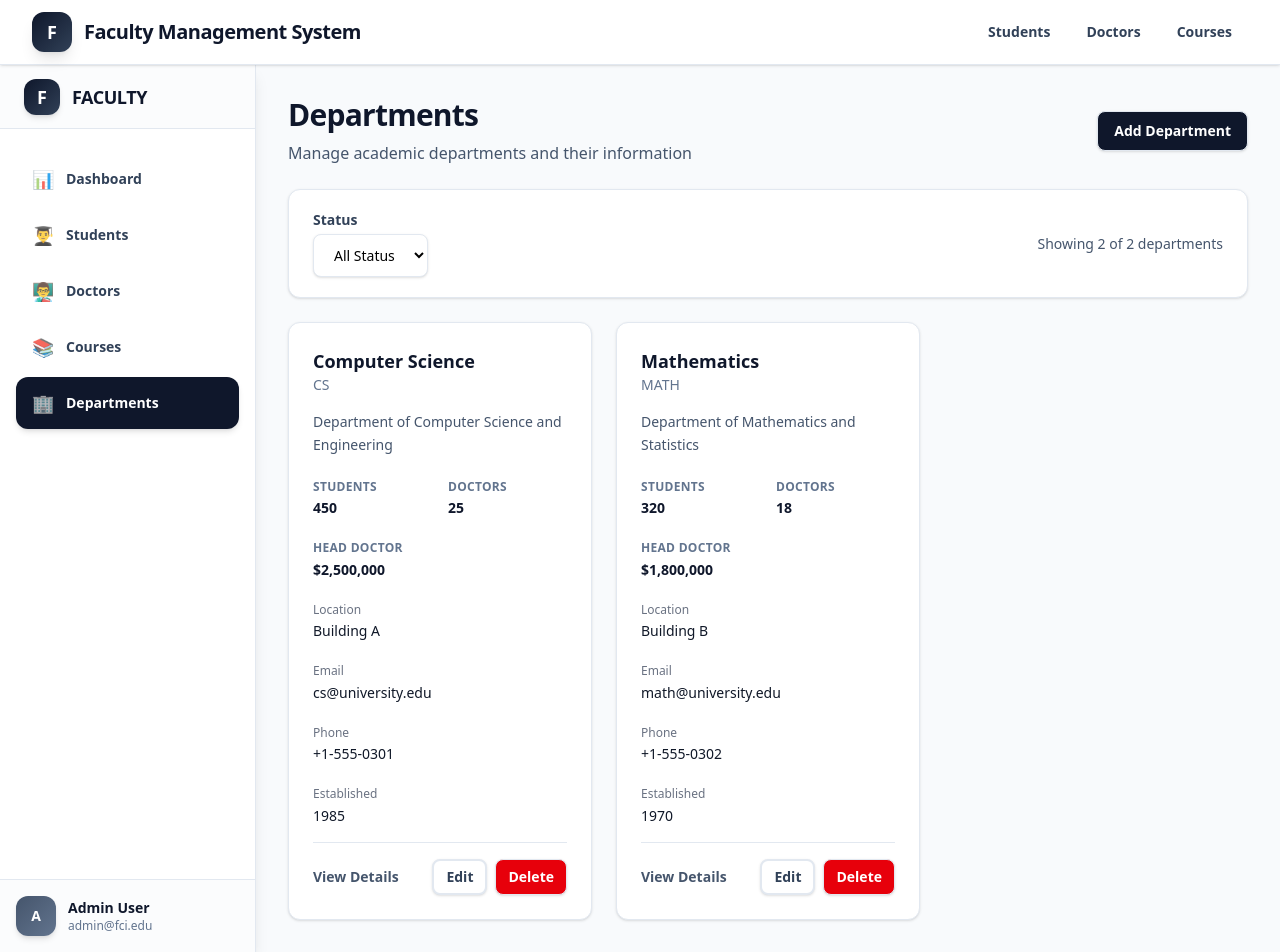
Repository: Mohamedmohsen179/Advanced-DB-Task
Page: /departments (app in frontend/)
The author's editor kept a copy of each file at every save. The page is drawn from the files as they stood at one save, then again after the next save.
The browser window is 1280 px wide. The pictures show the whole page.
The page's requests for data from a server got no answer. The project was rebuilt for these pictures with package versions that can differ from the ones it lists, and the page was loaded fresh each time. The framework's server and built-in components were replaced by stand-ins that run in the browser. No one was signed in, and anything a server would have sent is missing. Also part of the build but not shown: frontend/next.config.ts.

Above is the page before, as saved 2025-11-29 00:55:10.

### frontend/app/layout.tsx
import type { Metadata } from "next";
import { Geist, Geist_Mono } from "next/font/google";
import "./globals.css";
import MainLayout from "../components/layout/MainLayout";

const geistSans = Geist({
  variable: "--font-geist-sans",
  subsets: ["latin"],
});

const geistMono = Geist_Mono({
  variable: "--font-geist-mono",
  subsets: ["latin"],
});

export const metadata: Metadata = {
  title: "University Management System",
  description: "A comprehensive university management system built with Next.js and TypeScript",
};

export default function RootLayout({
  children,
}: Readonly<{
  children: React.ReactNode;
}>) {
  return (
    <html lang="en">
      <body
        className={`${geistSans.variable} ${geistMono.variable} antialiased`}
      >
        <MainLayout>{children}</MainLayout>
      </body>
    </html>
  );
}

### frontend/app/departments/page.tsx
import DepartmentsContainer from '../../containers/DepartmentsContainer';

export default function DepartmentsPage() {
  return <DepartmentsContainer />;
}

### frontend/app/globals.css
@import "tailwindcss";

:root {
  --background: #fafafa;
  --foreground: #0f172a;
  --primary: #2563eb;
  --primary-foreground: #ffffff;
  --secondary: #f1f5f9;
  --secondary-foreground: #334155;
  --muted: #f8fafc;
  --muted-foreground: #64748b;
  --accent: #f1f5f9;
  --accent-foreground: #0f172a;
  --border: #e2e8f0;
  --input: #ffffff;
  --ring: #2563eb;
  --radius: 0.5rem;
}

@theme inline {
  --color-background: var(--background);
  --color-foreground: var(--foreground);
  --font-sans: var(--font-geist-sans);
  --font-mono: var(--font-geist-mono);
}

@media (prefers-color-scheme: dark) {
  :root {
    --background: #020617;
    --foreground: #f8fafc;
    --primary: #3b82f6;
    --primary-foreground: #f8fafc;
    --secondary: #1e293b;
    --secondary-foreground: #f8fafc;
    --muted: #1e293b;
    --muted-foreground: #94a3b8;
    --accent: #1e293b;
    --accent-foreground: #f8fafc;
    --border: #334155;
    --input: #1e293b;
    --ring: #3b82f6;
  }
}

* {
  border-color: var(--border);
}

body {
  background: var(--background);
  color: var(--foreground);
  font-family: var(--font-sans), system-ui, -apple-system, sans-serif;
  line-height: 1.6;
  -webkit-font-smoothing: antialiased;
  -moz-osx-font-smoothing: grayscale;
}

::-webkit-scrollbar {
  width: 8px;
  height: 8px;
}

::-webkit-scrollbar-track {
  background: var(--muted);
}

::-webkit-scrollbar-thumb {
  background: var(--muted-foreground);
  border-radius: 4px;
}

::-webkit-scrollbar-thumb:hover {
  background: var(--foreground);
}

/* Focus styles */
.focus-visible {
  outline: 2px solid var(--ring);
  outline-offset: 2px;
}

/* Professional shadows */
.shadow-professional {
  box-shadow: 0 1px 3px 0 rgb(0 0 0 / 0.1), 0 1px 2px -1px rgb(0 0 0 / 0.1);
}

.shadow-professional-lg {
  box-shadow: 0 10px 15px -3px rgb(0 0 0 / 0.1), 0 4px 6px -4px rgb(0 0 0 / 0.1);
}

### frontend/components/layout/MainLayout.tsx
'use client';

import { useState } from 'react';
import Navbar from './Navbar';
import Sidebar from './Sidebar';

interface MainLayoutProps {
  children: React.ReactNode;
}

export default function MainLayout({ children }: MainLayoutProps) {
  const [sidebarOpen, setSidebarOpen] = useState(false);

  return (
    <div className="min-h-screen bg-slate-50">
      <Navbar />

      <div className="flex">
        <Sidebar
          isOpen={sidebarOpen}
          onClose={() => setSidebarOpen(false)}
        />

        <div className="flex-1 lg:ml-0">
          <div className="lg:hidden">
            <button
              onClick={() => setSidebarOpen(true)}
              className="fixed top-20 left-4 z-10 bg-white p-3 rounded-xl shadow-professional border border-slate-200 hover:shadow-professional-lg transition-all duration-200"
            >
              <svg className="w-5 h-5 text-slate-600" fill="none" stroke="currentColor" viewBox="0 0 24 24">
                <path strokeLinecap="round" strokeLinejoin="round" strokeWidth={2} d="M4 6h16M4 12h16M4 18h16" />
              </svg>
            </button>
          </div>

          <main className="p-6 lg:p-8">
            <div className="max-w-7xl mx-auto">
              {children}
            </div>
          </main>
        </div>
      </div>
    </div>
  );
}

### frontend/components/layout/Navbar.tsx
'use client';

import Link from 'next/link';
import { useState } from 'react';

export default function Navbar() {
  const [isMenuOpen, setIsMenuOpen] = useState(false);

  return (
    <nav className="bg-white shadow-professional border-b border-slate-200 sticky top-0 z-50 backdrop-blur-sm bg-white">
      <div className="max-w-7xl mx-auto px-4 sm:px-6 lg:px-8">
        <div className="flex justify-between h-16">
          <div className="flex items-center">
            <Link href="/" className="flex-shrink-0 flex items-center group">
              <div className="h-10 w-10 bg-gradient-to-br from-slate-900 to-slate-700 rounded-xl flex items-center justify-center shadow-lg group-hover:shadow-xl transition-all duration-200">
                <span className="text-white font-bold text-lg">F</span>
              </div>
              <span className="ml-3 text-xl font-bold text-slate-900 tracking-tight">
                Faculty Management System
              </span>
            </Link>
          </div>

          <div className="hidden md:flex items-center space-x-1">
            <Link
              href="/students"
              className="text-slate-700 hover:text-slate-900 hover:bg-slate-100 px-4 py-2.5 rounded-lg text-sm font-semibold transition-all duration-200"
            >
              Students
            </Link>

            <Link
              href="/doctors"
              className="text-slate-700 hover:text-slate-900 hover:bg-slate-100 px-4 py-2.5 rounded-lg text-sm font-semibold transition-all duration-200"
            >
              Doctors
            </Link>
            <Link
              href="/courses"
              className="text-slate-700 hover:text-slate-900 hover:bg-slate-100 px-4 py-2.5 rounded-lg text-sm font-semibold transition-all duration-200"
            >
              Courses
            </Link>
          </div>

          {/* Mobile menu button */}
          <div className="md:hidden flex items-center">
            <button
              onClick={() => setIsMenuOpen(!isMenuOpen)}
              className="text-slate-700 hover:text-slate-900 hover:bg-slate-100 p-2 rounded-lg focus:outline-none focus:ring-2 focus:ring-slate-500 transition-all duration-200"
            >
              <svg className="h-6 w-6" fill="none" viewBox="0 0 24 24" stroke="currentColor">
                {isMenuOpen ? (
                  <path strokeLinecap="round" strokeLinejoin="round" strokeWidth={2} d="M6 18L18 6M6 6l12 12" />
                ) : (
                  <path strokeLinecap="round" strokeLinejoin="round" strokeWidth={2} d="M4 6h16M4 12h16M4 18h16" />
                )}
              </svg>
            </button>
          </div>
        </div>

        {/* Mobile Navigation */}
        {isMenuOpen && (
          <div className="md:hidden">
            <div className="px-4 pt-4 pb-4 space-y-2 border-t border-slate-200 bg-slate-50/50">
              <Link
                href="/students"
                className="text-slate-700 hover:text-slate-900 hover:bg-white block px-4 py-3 rounded-lg text-base font-semibold transition-all duration-200"
                onClick={() => setIsMenuOpen(false)}
              >
                Students
              </Link>
              <Link
                href="/doctors"
                className="text-slate-700 hover:text-slate-900 hover:bg-white block px-4 py-3 rounded-lg text-base font-semibold transition-all duration-200"
                onClick={() => setIsMenuOpen(false)}
              >
                Doctors
              </Link>
              <Link
                href="/courses"
                className="text-slate-700 hover:text-slate-900 hover:bg-white block px-4 py-3 rounded-lg text-base font-semibold transition-all duration-200"
                onClick={() => setIsMenuOpen(false)}
              >
                Courses
              </Link>

            </div>
          </div>
        )}
      </div>
    </nav>
  );
}

### frontend/components/layout/Sidebar.tsx
'use client';

import Link from 'next/link';
import { usePathname } from 'next/navigation';
import { NavItem } from '../../types';

const navigationItems: NavItem[] = [
  {
    label: 'Dashboard',
    href: '/',
    icon: '📊',
  },
  {
    label: 'Students',
    href: '/students',
    icon: '👨‍🎓',
    children: [
      { label: 'All Students', href: '/students' },
      { label: 'Add Student', href: '/students/new' },
    ],
  },
  {
    label: 'Doctors',
    href: '/doctors',
    icon: '👨‍🏫',
    children: [
      { label: 'All Doctors', href: '/doctors' },
      { label: 'Add Doctor', href: '/doctors/new' },
    ],
  },
  {
    label: 'Courses',
    href: '/courses',
    icon: '📚',
  },
  {
    label: 'Departments',
    href: '/departments',
    icon: '🏢',
  },
];

interface SidebarProps {
  isOpen?: boolean;
  onClose?: () => void;
}

export default function Sidebar({ isOpen = true, onClose }: SidebarProps) {
  const pathname = usePathname();

  const isActiveLink = (href: string) => {
    if (href === '/') {
      return pathname === '/';
    }
    return pathname.startsWith(href);
  };

  return (
    <>
      {/* Mobile overlay */}
      {isOpen && (
        <div
          className="fixed inset-0 z-20 bg-black bg-opacity-50 lg:hidden"
          onClick={onClose}
        />
      )}

      <div
        className={`
          fixed inset-y-0 left-0 z-30 w-64 bg-white shadow-professional-lg border-r border-slate-200 transform transition-transform duration-300 ease-in-out lg:translate-x-0 lg:static lg:inset-0
          ${isOpen ? 'translate-x-0' : '-translate-x-full'}
        `}
      >
        <div className="flex flex-col h-full">
          <div className="flex items-center justify-between h-16 px-6 border-b border-slate-200 bg-slate-50/50">
            <Link href="/" className="flex items-center group">
              <div className="h-9 w-9 bg-gradient-to-br from-slate-900 to-slate-700 rounded-xl flex items-center justify-center shadow-md group-hover:shadow-lg transition-all duration-200">
                <span className="text-white font-bold text-lg">F</span>
              </div>
              <span className="ml-3 text-lg font-bold text-slate-900 tracking-tight">
                FACULTY
              </span>
            </Link>
            <button
              onClick={onClose}
              className="lg:hidden text-slate-500 hover:text-slate-700 hover:bg-slate-100 p-1.5 rounded-lg transition-all duration-200"
            >
              <svg className="w-6 h-6" fill="none" stroke="currentColor" viewBox="0 0 24 24">
                <path strokeLinecap="round" strokeLinejoin="round" strokeWidth={2} d="M6 18L18 6M6 6l12 12" />
              </svg>
            </button>
          </div>

          <nav className="flex-1 px-4 py-6 space-y-1 overflow-y-auto">
            {navigationItems.map((item) => (
              <div key={item.href}>
                <Link
                  href={item.href}
                  className={`
                    flex items-center px-4 py-3 text-sm font-semibold rounded-xl transition-all duration-200 group
                    ${isActiveLink(item.href)
                      ? 'bg-slate-900 text-white shadow-md'
                      : 'text-slate-700 hover:bg-slate-100 hover:text-slate-900'
                    }
                  `}
                >
                  <span className="mr-3 text-lg opacity-80 group-hover:opacity-100 transition-opacity">{item.icon}</span>
                  {item.label}
                </Link>

                {item.children && isActiveLink(item.href) && (
                  <div className="ml-8 mt-2 space-y-1">
                    {item.children.map((child) => (
                      <Link
                        key={child.href}
                        href={child.href}
                        className={`
                          block px-4 py-2.5 text-sm font-medium rounded-lg transition-all duration-200
                          ${pathname === child.href
                            ? 'bg-slate-100 text-slate-900 shadow-sm'
                            : 'text-slate-600 hover:bg-slate-50 hover:text-slate-900'
                          }
                        `}
                      >
                        {child.label}
                      </Link>
                    ))}
                  </div>
                )}
              </div>
            ))}
          </nav>

          {/* Footer */}
          <div className="p-4 border-t border-slate-200 bg-slate-50/50">
            <div className="flex items-center">
              <div className="flex-shrink-0">
                <div className="w-10 h-10 bg-gradient-to-br from-slate-600 to-slate-500 rounded-xl flex items-center justify-center shadow-md">
                  <span className="text-sm font-bold text-white">A</span>
                </div>
              </div>
              <div className="ml-3">
                <p className="text-sm font-semibold text-slate-900">Admin User</p>
                <p className="text-xs text-slate-500">admin@fci.edu</p>
              </div>
            </div>
          </div>
        </div>
      </div>
    </>
  );
}

### frontend/components/ui/Card.tsx
import { HTMLAttributes, forwardRef } from 'react';

interface CardProps extends HTMLAttributes<HTMLDivElement> {
  children: React.ReactNode;
}

const Card = forwardRef<HTMLDivElement, CardProps>(
  ({ className = '', children, ...props }, ref) => {
    return (
      <div
        ref={ref}
        className={`bg-white rounded-xl border border-slate-200 shadow-professional hover:shadow-professional-lg transition-shadow duration-200 ${className}`}
        {...props}
      >
        {children}
      </div>
    );
  }
);

Card.displayName = 'Card';

interface CardHeaderProps extends HTMLAttributes<HTMLDivElement> {
  children: React.ReactNode;
}

const CardHeader = forwardRef<HTMLDivElement, CardHeaderProps>(
  ({ className = '', children, ...props }, ref) => {
    return (
      <div
        ref={ref}
        className={`px-6 py-5 border-b border-slate-200 bg-slate-50/50 rounded-t-xl ${className}`}
        {...props}
      >
        {children}
      </div>
    );
  }
);

CardHeader.displayName = 'CardHeader';

interface CardContentProps extends HTMLAttributes<HTMLDivElement> {
  children: React.ReactNode;
}

const CardContent = forwardRef<HTMLDivElement, CardContentProps>(
  ({ className = '', children, ...props }, ref) => {
    return (
      <div
        ref={ref}
        className={`px-6 py-5 ${className}`}
        {...props}
      >
        {children}
      </div>
    );
  }
);

CardContent.displayName = 'CardContent';

interface CardFooterProps extends HTMLAttributes<HTMLDivElement> {
  children: React.ReactNode;
}

const CardFooter = forwardRef<HTMLDivElement, CardFooterProps>(
  ({ className = '', children, ...props }, ref) => {
    return (
      <div
        ref={ref}
        className={`px-6 py-5 border-t border-slate-200 bg-slate-50 rounded-b-xl ${className}`}
        {...props}
      >
        {children}
      </div>
    );
  }
);

CardFooter.displayName = 'CardFooter';

export { Card, CardHeader, CardContent, CardFooter };

### frontend/components/ui/Button.tsx
import { ButtonHTMLAttributes, forwardRef } from 'react';

interface ButtonProps extends ButtonHTMLAttributes<HTMLButtonElement> {
  variant?: 'primary' | 'secondary' | 'danger' | 'outline';
  size?: 'sm' | 'md' | 'lg';
  loading?: boolean;
}

const Button = forwardRef<HTMLButtonElement, ButtonProps>(
  ({ className = '', variant = 'primary', size = 'md', loading = false, children, disabled, ...props }, ref) => {
    const baseClasses = 'inline-flex items-center justify-center font-semibold rounded-lg transition-all duration-200 focus:outline-none focus:ring-2 focus:ring-offset-2 disabled:opacity-50 disabled:cursor-not-allowed shadow-sm hover:shadow-md active:scale-[0.98]';

    const variantClasses = {
      primary: 'bg-slate-900 text-white hover:bg-slate-800 focus:ring-slate-500 border border-slate-900',
      secondary: 'bg-slate-100 text-slate-900 hover:bg-slate-200 focus:ring-slate-500 border border-slate-200',
      danger: 'bg-red-600 text-white hover:bg-red-700 focus:ring-red-500 border border-red-600',
      outline: 'border-2 border-slate-300 text-slate-700 bg-white hover:bg-slate-50 hover:border-slate-400 focus:ring-slate-500',
    };

    const sizeClasses = {
      sm: 'px-3 py-2 text-sm h-9',
      md: 'px-4 py-2.5 text-sm h-10',
      lg: 'px-6 py-3 text-base h-12',
    };

    return (
      <button
        ref={ref}
        className={`${baseClasses} ${variantClasses[variant]} ${sizeClasses[size]} ${className}`}
        disabled={disabled || loading}
        {...props}
      >
        {loading && (
          <svg className="animate-spin -ml-1 mr-2 h-4 w-4" fill="none" viewBox="0 0 24 24">
            <circle className="opacity-25" cx="12" cy="12" r="10" stroke="currentColor" strokeWidth="4" />
            <path className="opacity-75" fill="currentColor" d="M4 12a8 8 0 018-8V0C5.373 0 0 5.373 0 12h4zm2 5.291A7.962 7.962 0 014 12H0c0 3.042 1.135 5.824 3 7.938l3-2.647z" />
          </svg>
        )}
        {children}
      </button>
    );
  }
);

Button.displayName = 'Button';

export default Button;

### frontend/components/departments/DepartmentCard.tsx
'use client';

import Link from 'next/link';
import { Department } from '../../types';
import Button from '../ui/Button';

interface DepartmentCardProps {
  department: Department;
  onEdit?: (department: Department) => void;
  onDelete?: (departmentId: string) => void;
}

export default function DepartmentCard({ department, onEdit, onDelete }: DepartmentCardProps) {

  return (
    <div className="bg-white rounded-xl border border-slate-200 shadow-professional hover:shadow-professional-lg transition-all duration-300 hover:-translate-y-1">
      <div className="p-6">
        <div className="flex items-start justify-between mb-4">
          <div>
            <h3 className="text-lg font-bold text-slate-900">{department.name}</h3>
            <p className="text-sm font-medium text-slate-500">{department.code}</p>
          </div>
        </div>

        {department.description && (
          <p className="text-sm text-slate-600 mb-4 line-clamp-2 leading-relaxed">{department.description}</p>
        )}

        <div className="grid grid-cols-2 gap-4 mb-4">
          <div>
            <span className="text-xs font-semibold text-slate-500 uppercase tracking-wide">Students</span>
            <p className="text-sm font-semibold text-slate-900">{department.studentCount}</p>
          </div>
          <div>
            <span className="text-xs font-semibold text-slate-500 uppercase tracking-wide">Doctors</span>
            <p className="text-sm font-semibold text-slate-900">{department.facultyCount}</p>
          </div>
          {department.budget && (
            <div className="col-span-2">
              <span className="text-xs font-semibold text-slate-500 uppercase tracking-wide">Head Doctor</span>
              <p className="text-sm font-semibold text-slate-900">
                ${department.budget.toLocaleString()}
              </p>
            </div>
          )}
          {department.location && (
            <div className="col-span-2">
              <span className="text-xs font-medium text-gray-500">Location</span>
              <p className="text-sm text-gray-900">{department.location}</p>
            </div>
          )}
          {department.email && (
            <div className="col-span-2">
              <span className="text-xs font-medium text-gray-500">Email</span>
              <p className="text-sm text-gray-900">{department.email}</p>
            </div>
          )}
          {department.phoneNumber && (
            <div className="col-span-2">
              <span className="text-xs font-medium text-gray-500">Phone</span>
              <p className="text-sm text-gray-900">{department.phoneNumber}</p>
            </div>
          )}
        </div>

        {department.establishedDate && (
          <div className="mb-4">
            <span className="text-xs font-medium text-gray-500">Established</span>
            <p className="text-sm text-gray-900">
              {new Date(department.establishedDate).getFullYear()}
            </p>
          </div>
        )}

        {/* Actions */}
        <div className="flex justify-between items-center pt-4 border-t border-slate-100">
          <Link
            href={`/departments/${department.id}`}
            className="text-slate-600 hover:text-slate-900 text-sm font-semibold transition-colors duration-200"
          >
            View Details
          </Link>
          <div className="flex space-x-2">
            {onEdit && (
              <Button
                size="sm"
                variant="outline"
                onClick={() => onEdit(department)}
              >
                Edit
              </Button>
            )}
            {onDelete && (
              <Button
                size="sm"
                variant="danger"
                onClick={() => onDelete(department.id)}
              >
                Delete
              </Button>
            )}
          </div>
        </div>
      </div>
    </div>
  );
}

Loaded but not shown: frontend/services/api.ts (635 lines, source omitted); frontend/containers/DepartmentsContainer.tsx (185 lines, source omitted)

After the next save:
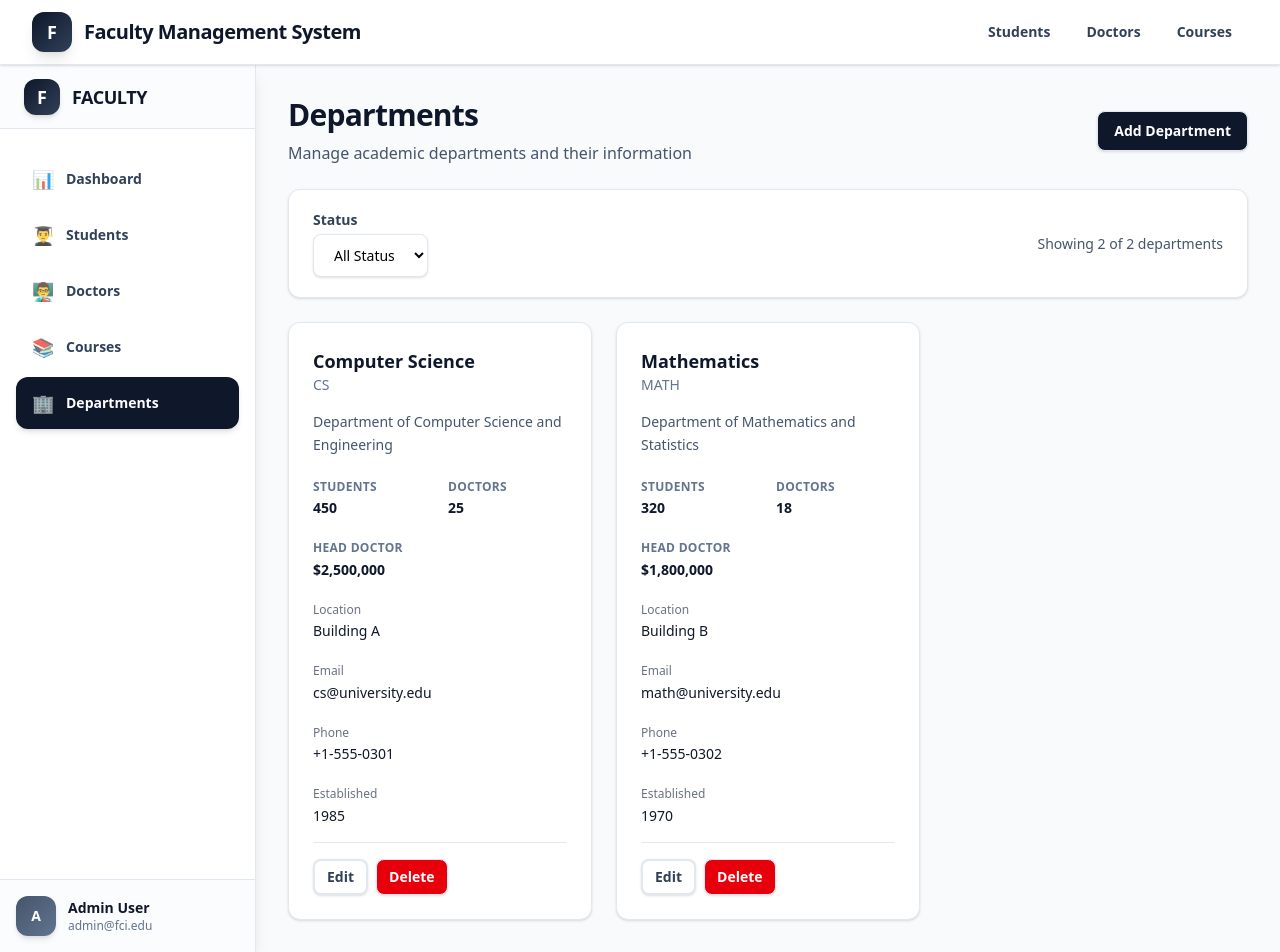
Saved 3 min 3 s later.
--- a/frontend/components/departments/DepartmentCard.tsx
+++ b/frontend/components/departments/DepartmentCard.tsx
@@ -74,12 +74,6 @@ export default function DepartmentCard({ department, onEdit, onDelete }: Departm
 
         {/* Actions */}
         <div className="flex justify-between items-center pt-4 border-t border-slate-100">
-          <Link
-            href={`/departments/${department.id}`}
-            className="text-slate-600 hover:text-slate-900 text-sm font-semibold transition-colors duration-200"
-          >
-            View Details
-          </Link>
           <div className="flex space-x-2">
             {onEdit && (
               <Button
